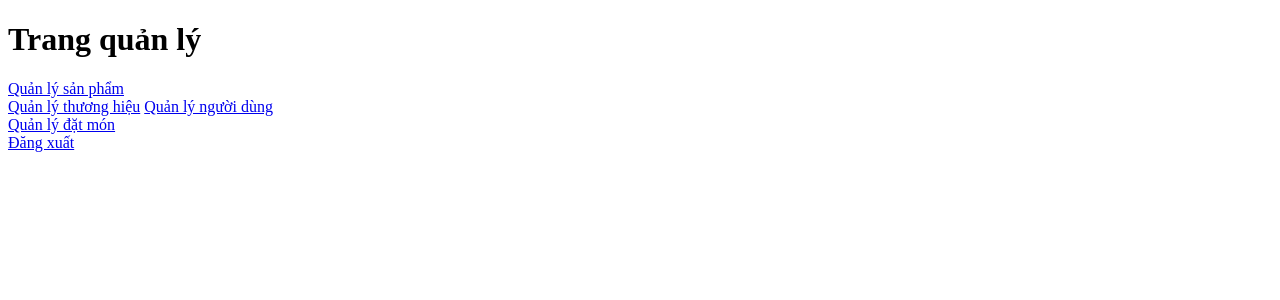
Repository: HoangChuong-Jin/QL-CuaHang-MayTinh
Page: http://localhost/MAYTINH/WEB-INF/view/admin/home.jsp
An editor plug-in stored every save of this project. The page is shown before and after the next save, followed by the edit.
The browser window is 1280 px wide. The pictures show the whole page.
The page is served by Tomcat 9. Nobody is signed in. Other server files are loaded and not shown. The template is opened directly, without the code that normally fills it, so the values that code supplies are empty.

Above is the page before, as saved 2022-01-05 04:39:45.

### MAYTINH/src/main/webapp/WEB-INF/view/admin/home.jsp
<%@ page language="java" contentType="text/html; charset=UTF-8"
    pageEncoding="UTF-8"%>
<!DOCTYPE html>
<html>
<head>
<meta charset="UTF-8">
<title>Trang quản lý</title>
</head>
<body>
<h1> Trang quản lý</h1>
<a href="listSanPhamAction">Quản lý sản phẩm</a><br/>
<a href="listThuongHieuAction">Quản lý thương hiệu</a>
<a href="qlnguoidung">Quản lý người dùng</a><br/>
<a href="qldatmon">Quản lý đặt món</a><br/>
<a href="logOut">Đăng xuất</a><br/>
</body>
</html>

After the next save:
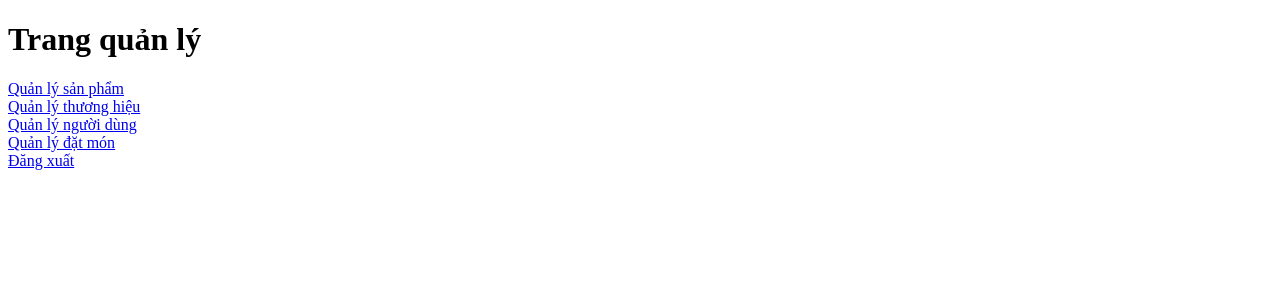
Saved 14 s later.
--- a/MAYTINH/src/main/webapp/WEB-INF/view/admin/home.jsp
+++ b/MAYTINH/src/main/webapp/WEB-INF/view/admin/home.jsp
@@ -9,7 +9,7 @@
 <body>
 <h1> Trang quản lý</h1>
 <a href="listSanPhamAction">Quản lý sản phẩm</a><br/>
-<a href="listThuongHieuAction">Quản lý thương hiệu</a>
+<a href="listThuongHieuAction">Quản lý thương hiệu</a><br/>
 <a href="qlnguoidung">Quản lý người dùng</a><br/>
 <a href="qldatmon">Quản lý đặt món</a><br/>
 <a href="logOut">Đăng xuất</a><br/>
